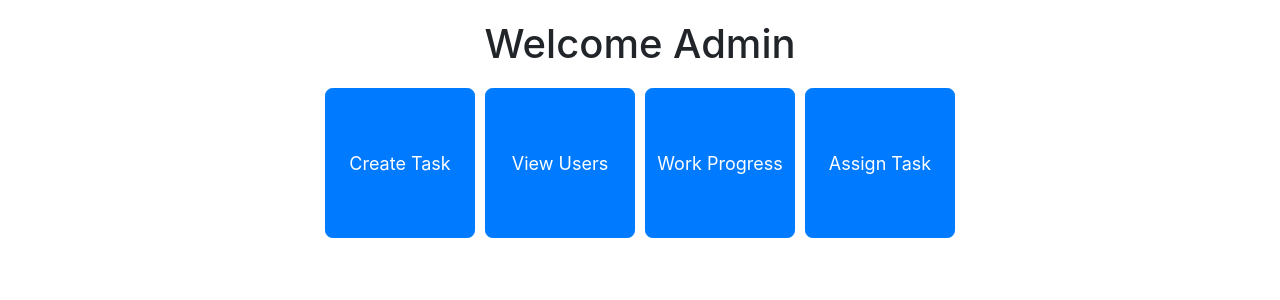
Repository: neha-rouniyar/taskmgmt
Page: http://localhost/admin-dashboard
An editor plug-in stored every save of this project. The page is shown before and after a run of saves, followed by the edit.
The browser window is 1280 px wide. The pictures show the whole page.
Some web libraries are served in a nearby version. The page is served by the project's Laravel application, run on PHP 8.4 with Laravel 10. Other server files are loaded and not shown.

Above is the page before, as saved 2023-12-15 23:57:00.

### routes/web.php
<?php

use App\Http\Controllers\AdminController;
use App\Http\Controllers\AssignTaskController;
use Illuminate\Support\Facades\Route;
use App\Http\Controllers\LoginController;
use App\Models\AssignTask;

/*
|--------------------------------------------------------------------------
| Web Routes
|--------------------------------------------------------------------------
|
| Here is where you can register web routes for your application. These
| routes are loaded by the RouteServiceProvider and all of them will
| be assigned to the "web" middleware group. Make something great!
|
*/

Route::get('/', function () {
    return view('welcome');
});
Route::get('/login-form',[LoginController::class,'index'])->name('login.form');
Route::post('/login-form-submit',[LoginController::class,'loginFormSubmit'])->name('login.form.submit');




Route::get('/register-form',[LoginController::class,'index2'])->name('register.form');
Route::post('/register-form-submit',[LoginController::class,'registerFormSubmit'])->name('register.form.submit');


//user dashboard
Route::get('/user-dashboard',[LoginController::class,'userDashboard'])->name('user.dashboard');
Route::get('/admin-dashboard',[LoginController::class,'adminDashboard'])->name('admin.dashboard');


//admin
Route::get('/admin/view-users',[AdminController::class,'viewUsers'])->name('admin.view.users');
Route::get('/admin/create-task',[AdminController::class,'createTask'])->name('admin.create.task');
Route::get('/admin/view-work-progress',[AdminController::class,'viewWorkProgress'])->name('admin.view.workprogress');

//admin-task
Route::post('/admin/task-submit',[AdminController::class,'taskSubmit'])->name('admin.task.submit');
Route::get('/admin/edit-task/{id}',[AdminController::class,'taskEdit'])->name('task.edit');
Route::post('/admin/update-task/{id}',[AdminController::class,'taskUpdate'])->name('task.update');
Route::get('/admin/delete-task/{id}',[AdminController::class,'taskDelete'])->name('task.delete');
Route::get('/admin/task-assign',[AdminController::class,'taskAssign'])->name('admin.task.assign');
Route::post('/admin/task-assign-submit',[AdminController::class,'taskAssignSubmit'])->name('admin.task.assign.submit');




//user-task
Route::get('/user-view-assgned-task',[AssignTaskController::class,'viewTaskAssigned'])->name('user.view.assigned.task');
Route::get('/verify-email/{token}',[AdminController::class,'verifyEmail'])->name('verify.email');


Route::get('/user/accept-task/{id}',[AssignTaskController::class,'acceptTask'])->name('accept.task');
Route::get('/user/reject-task/{id}',[AssignTaskController::class,'rejectTask'])->name('reject.task');
Route::get('/user/task-complete/{id}',[AssignTaskController::class,'completeTask'])->name('task.complete');

### app/Http/Controllers/LoginController.php
<?php

namespace App\Http\Controllers;

use App\Mail\EmailView;
use App\Models\AssignTask;
use App\Models\EmailVerification;
use App\Models\Login;
use App\Models\User;
use Carbon\Carbon;
use Illuminate\Http\Request;
use Illuminate\Support\Facades\Auth;
use Illuminate\Support\Facades\Hash;
use Illuminate\Support\Facades\Mail;
use Psy\CodeCleaner\ReturnTypePass;

use function Ramsey\Uuid\v1;

class LoginController extends Controller
{
    public function index()
    {
        return view('loginform');
    }
    public function index2()
    {
        return view('registerform');
    }
    public function registerFormSubmit(Request $request)
    {
        $data=$request->validate([
            'email'=>'required',
            'username'=>'required',
            'password'=>'required'

        ]);
        $datas=new User();
        $datas->email=$data['email'];
        $datas->password=Hash::make($request->password);
        $datas->username=$data['username'];
        $datas->usertype='regular';
        $token=rand();
        $userEmail=$datas->email;
        // dd($userEmail);
        $datas->token=$token;
        Mail::to($userEmail)->send(new EmailView($token));
        $datas->save();

        $emailVerification=new EmailVerification();

        $emailVerification->user_id=$datas->id;
        $emailVerification->token =$token;
            $current = Carbon::now();
            $tokenExpiry = $current->addHours(24);
            $emailVerification->expiry_at=$tokenExpiry;
            $emailVerification->save();
        return back()->with('msg','User Registered Successfully. We have sent you an email');
    }
    public function loginFormSubmit(Request $request)
    {
        $credentials = $request->only('email', 'password');
        if (Auth::attempt($credentials)) {

            if(Auth::user()->usertype == 'admin')
            {
                return redirect()->route('admin.dashboard');
            }elseif(Auth::user()->usertype == 'regular')
            {
                if(Auth::user()->status == 1){
                    return redirect()->route('user.dashboard');
                }elseif(Auth::user()->status != 1){
                    return redirect()->route('login.form')->with('status','You have not been verified. Please check your email to verify yourself ');
                }
             }
        }else{
            return redirect()->route('login.form')->with('fail', 'Invalid Email or Password.');
        }
        return redirect()->route('register.form')->with('message', 'Please register to access.');
    }
   public function userDashboard(Request $request)
   {
      $user=Auth::user();
      $userId=$user->id;
      $userDetails=User::with('assignedTasks.task')->find($userId);
    //   $user->assignedTasks;
      $assignedTask=$user->assignedTasks;
    //   dd($assignedTask);
    //   dd($assignedTask);
    //   dd($assignedTask);
    //   $assignedTask=$user->assignTask->assignedTask;
    //   dd($assignedTask);
    //   $assignedTask=User::with('assignedTasks')->where('user_id',$userId)->get();
    //   dd($assignedTask);
    //   dd($user->id);
      return view('user.dashboard',compact('user','assignedTask'));
   }
   public function adminDashboard(Request $request)
   {
      return view('admin.dashboard');
   }
}

### resources/views/admin/dashboard.blade.php
<!DOCTYPE html>
<html lang="en">
<head>
    <!-- Required meta tags -->
    <meta charset="utf-8">
    <meta name="viewport" content="width=device-width, initial-scale=1, shrink-to-fit=no">

    <!-- Bootstrap CSS -->
    <link rel="stylesheet" href="https://cdn.jsdelivr.net/npm/bootstrap@4.0.0/dist/css/bootstrap.min.css" integrity="sha384-Gn5384xqQ1aoWXA+058RXPxPg6fy4IWvTNh0E263XmFcJlSAwiGgFAW/dAiS6JXm" crossorigin="anonymous">
    <style>
        body {
            padding: 20px;
        }

        h1 {
            margin-bottom: 20px;
        }

        .btn-container {
            display: flex;
            flex-direction: row;
            gap: 10px;
            justify-content: center;
        }

        .btn-container a {
            text-decoration: none;
        }

        .btn {
            width: 150px;
            height: 150px;
            border: 1px solid #007bff;
            background-color: #007bff;
            color: #fff;
            border-radius: 5%;
            transition: background-color 0.3s, color 0.3s;
            display: flex;
            align-items: center;
            justify-content: center;
            font-size: 18px;
        }

        .btn:hover {
            background-color: #0056b3;
        }
    </style>
    <title>Hello, world!</title>
</head>
<body>
    <div class="container text-center">
        <h1>Welcome Admin</h1>
        <div class="btn-container">
            <a href="{{route('admin.create.task')}}">
                <button type="button" class="btn btn-primary">Create Task</button>
            </a>
            <a href="{{route('admin.view.users')}}">
                <button type="button" class="btn btn-primary">View Users</button>
            </a>
            <a href="{{route('admin.view.workprogress')}}">
                <button type="button" class="btn btn-primary">Work Progress</button>
            </a>
            <a href="{{route('admin.task.assign')}}">
                <button type="button" class="btn btn-primary">Assign Task</button>
            </a>
        </div>
    </div>
    @yield('admin-content')
    <script src="https://code.jquery.com/jquery-3.2.1.slim.min.js" integrity="sha384-KJ3o2DKtIkvYIK3UENzmM7KCkRr/rE9/Qpg6aAZGJwFDMVNA/GpGFF93hXpG5KkN" crossorigin="anonymous"></script>
    <script src="https://cdn.jsdelivr.net/npm/popper.js@1.12.9/dist/umd/popper.min.js" integrity="sha384-ApNbgh9B+Y1QKtv3Rn7W3mgPxhU9K/ScQsAP7hUibX39j7fakFPskvXusvfa0b4Q" crossorigin="anonymous"></script>
    <script src="https://cdn.jsdelivr.net/npm/bootstrap@4.0.0/dist/js/bootstrap.min.js" integrity="sha384-JZR6Spejh4U02d8jOt6vLEHfe/JQGiRRSQQxSfFWpi1MquVdAyjUar5+76PVCmYl" crossorigin="anonymous"></script>
</body>
</html>

Loaded but not shown: app/Http/Controllers/Controller.php (common file)

After the next 2 saves:
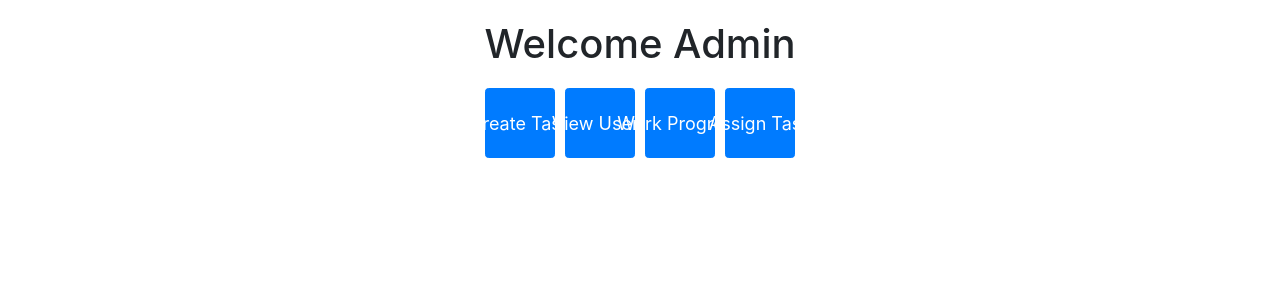
The 2 saves are shown as one change because they came seconds apart.
The last was saved 10 s later.
--- a/resources/views/admin/dashboard.blade.php
+++ b/resources/views/admin/dashboard.blade.php
@@ -28,8 +28,8 @@
         }
 
         .btn {
-            width: 150px;
-            height: 150px;
+            width: 70px;
+            height: 70px;
             border: 1px solid #007bff;
             background-color: #007bff;
             color: #fff;
